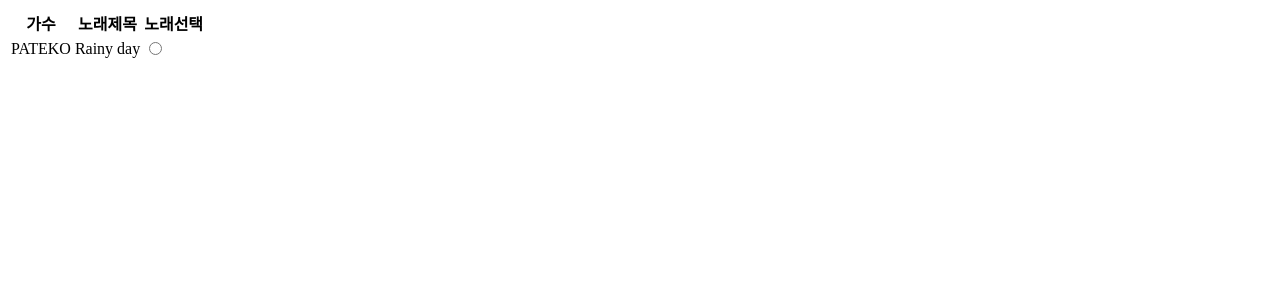
Repository: limbbbyoung/JSP_practice
Page: http://localhost/JSPbasic/jspobject/quiz/music.jsp
An editor plug-in stored every save of this project. The page is shown before and after the next save, followed by the edit.
The browser window is 1280 px wide. The pictures show the whole page.
The page is served by Tomcat 9.

Above is the page before, as saved 2022-03-28 09:36:31.

### JSPbasic/src/main/webapp/jspobject/quiz/music.jsp
<%@ page language="java" contentType="text/html; charset=UTF-8"
    pageEncoding="UTF-8"%>
<!DOCTYPE html>
<html>
<head>
<meta charset="UTF-8">
<title>Insert title here</title>
</head>
<body>
    <table>
    <thead>
        <tr>
          <th>가수</th>
          <th>노래제목</th>
          <th>노래선택</th>
        </tr>
    </thead>
    <tbody>
        <tr>
          <td>PATEKO</td>
          <td>Rainy day</td>
          <td><input type="radio" name="music" value="1번음악"></td>
        </tr>
        <tr>
          <td></td>
          <td></td>
          <td></td>
        </tr>
        <tr>
          <td></td>
          <td></td>
          <td></td>
        </tr>
    </tbody>
    </table>
</body>
</html>

After the next save:
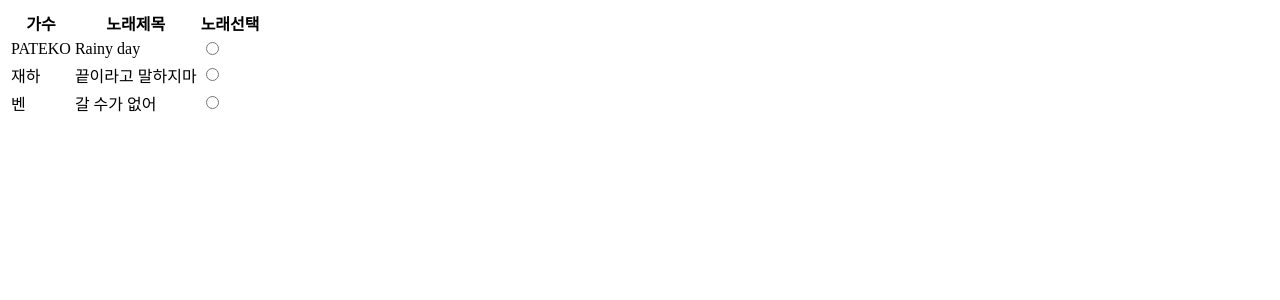
Saved 119 s later.
--- a/JSPbasic/src/main/webapp/jspobject/quiz/music.jsp
+++ b/JSPbasic/src/main/webapp/jspobject/quiz/music.jsp
@@ -22,14 +22,14 @@
           <td><input type="radio" name="music" value="1번음악"></td>
         </tr>
         <tr>
-          <td></td>
-          <td></td>
-          <td></td>
+          <td>재하</td>
+          <td>끝이라고 말하지마</td>
+          <td><input type="radio" name="music" value="2번음악"></td>
         </tr>
         <tr>
-          <td></td>
-          <td></td>
-          <td></td>
+          <td>벤</td>
+          <td>갈 수가 없어</td>
+          <td><input type="radio" name="music" value="3번음악"></td>
         </tr>
     </tbody>
     </table>
